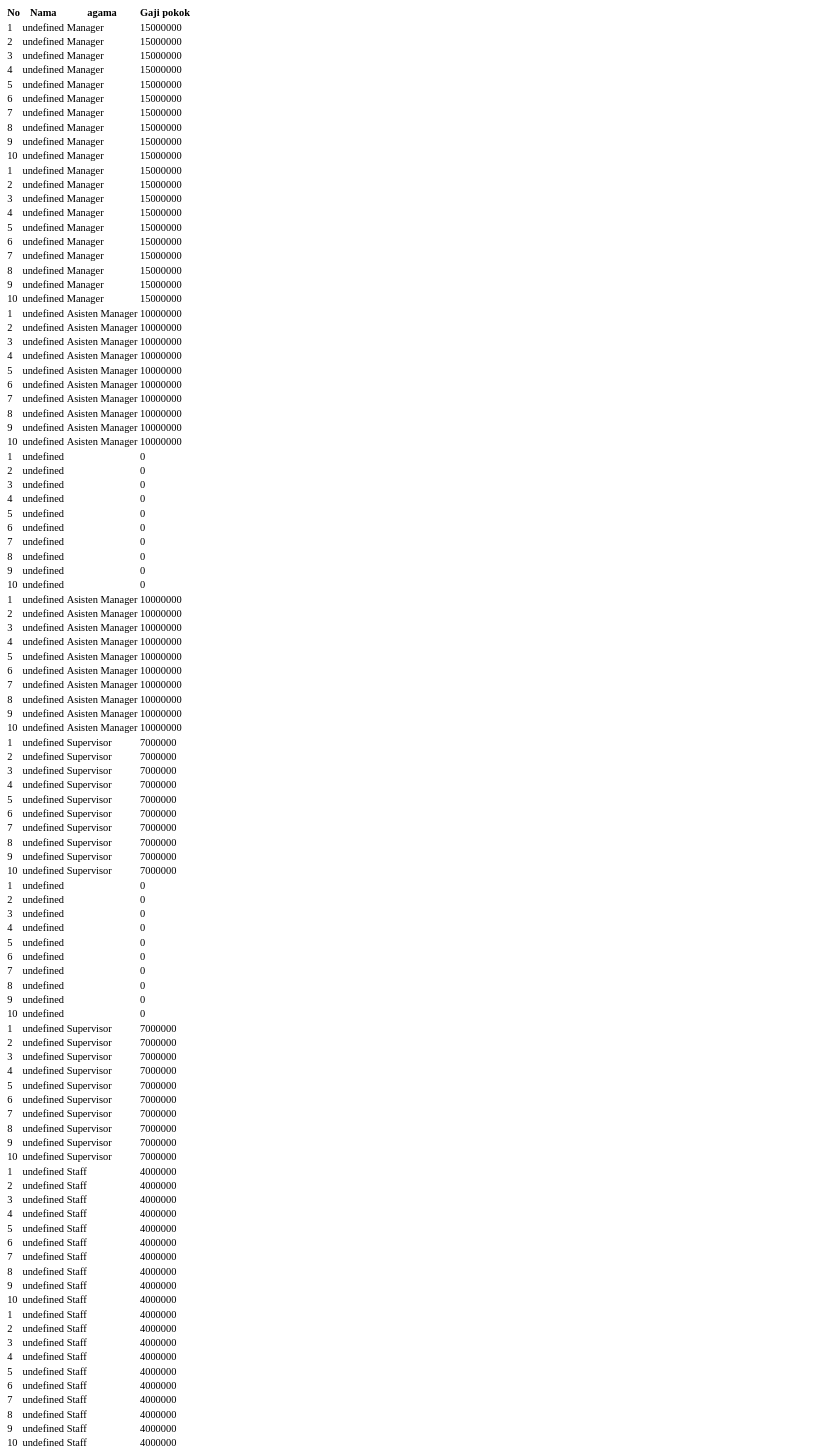
Repository: AHSANS354/Tugas-MSIB-5-GitHub
Page: tugasper3js.html
The author's editor kept a copy of each file at every save. The page is drawn from the files as they stood at one save, then again after the next save.
The browser window is 1280 px wide. The pictures show the whole page, at 65% of full size.

Above is the page before, as saved 2023-09-10 13:15:00.

After the next save:
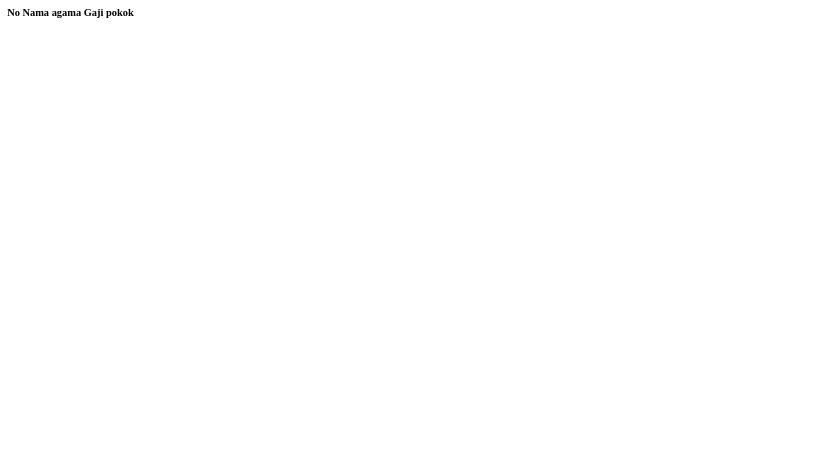
Console error: ReferenceError: no is not defined
Saved 48 s later.
--- a/tugasper3js.html
+++ b/tugasper3js.html
@@ -41,14 +41,11 @@
         let gaji_kotor = gapok + tunjangan_jabatan + tunjangan_kes;
         let agama = pegawai.length % 2 == 1 ? "Muslim" : "Non Muslim";
 
-        let no = 1;
-        for (s of pegawai) {
-          document.write(`<tr>
+        document.write(`<tr>
                     <td>${no++}</td>
                     <td>${s.nama}</td>
                     <td>${jabatan}</td>
                     <td>${gapok}</td></tr>`);
-        }
       }
     </script>
   </tbody>

After the 2 saves that followed:
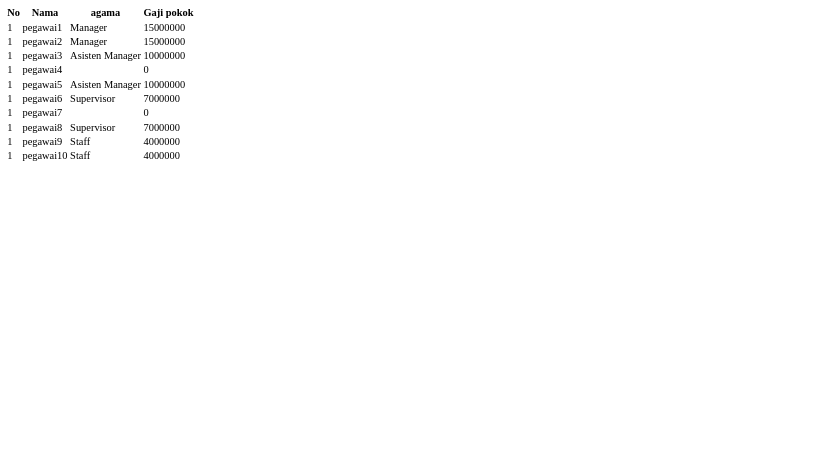
The error is gone.
The 2 saves are shown as one change because 1 left the picture as it was.
The last was saved 63 s later.
--- a/tugasper3js.html
+++ b/tugasper3js.html
@@ -41,9 +41,11 @@
         let gaji_kotor = gapok + tunjangan_jabatan + tunjangan_kes;
         let agama = pegawai.length % 2 == 1 ? "Muslim" : "Non Muslim";
 
+        let no = 1;
+
         document.write(`<tr>
                     <td>${no++}</td>
-                    <td>${s.nama}</td>
+                    <td>${pegawai[i]}</td>
                     <td>${jabatan}</td>
                     <td>${gapok}</td></tr>`);
       }
